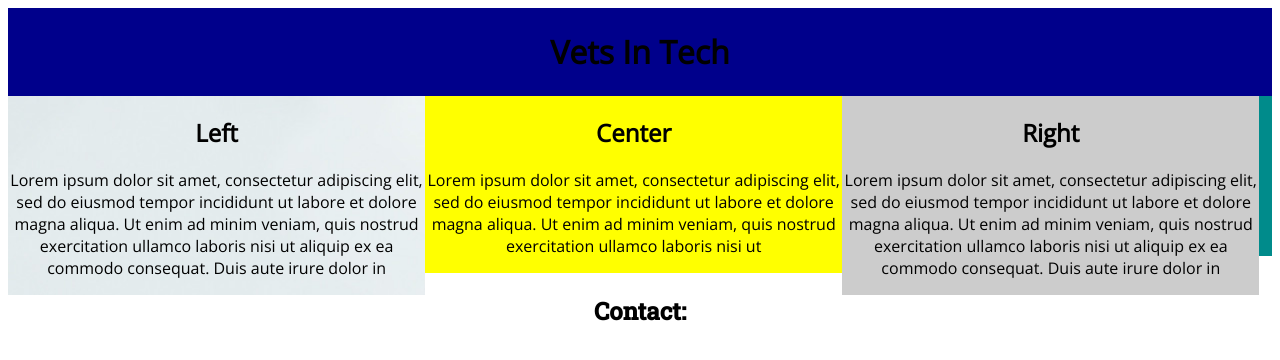
Repository: 3EyEdRav3n/10-2020-cohort-course
Page: week-1/Week-1 Assignment/index.html
The author's editor kept a copy of each file at every save. The page is drawn from the files as they stood at one save, then again after the next save.
The browser window is 1280 px wide. The pictures show the whole page.

Above is the page before, as saved 2020-11-01 20:58:12.

### week-1/Week-1 Assignment/index.html
<!DOCTYPE html>
<html lang="en">
  <head>
    <meta charset="UTF-8" />
    <meta name="viewport" content="width=device-width, initial-scale=1.0" />
    <link rel="stylesheet" href="./styles.css" />
    <link
      href="https://fonts.googleapis.com/css2?family=Open+Sans&display=swap"
      rel="stylesheet"
    />
    <link
      href="https://fonts.googleapis.com/css2?family=Open+Sans&family=Roboto+Slab:wght@500&display=swap"
      rel="stylesheet"
    />

    <title>VetTech</title>
  </head>
  <body>
    <div class="header">
      <h1>Vets In Tech</h1>
    </div>
    <div class="container">
      <div class="left-col">
        <h2>Left</h2>
        <p>
          Lorem ipsum dolor sit amet, consectetur adipiscing elit, sed do
          eiusmod tempor incididunt ut labore et dolore magna aliqua. Ut enim ad
          minim veniam, quis nostrud exercitation ullamco laboris nisi ut
          aliquip ex ea commodo consequat. Duis aute irure dolor in
        </p>
      </div>

      <div class="center-col">
        <h2>Center</h2>
        <p>
          Lorem ipsum dolor sit amet, consectetur adipiscing elit, sed do
          eiusmod tempor incididunt ut labore et dolore magna aliqua. Ut enim ad
          minim veniam, quis nostrud exercitation ullamco laboris nisi ut
        </p>
      </div>
      <div class="right-col">
        <h2>Right</h2>
        <p>
          Lorem ipsum dolor sit amet, consectetur adipiscing elit, sed do
          eiusmod tempor incididunt ut labore et dolore magna aliqua. Ut enim ad
          minim veniam, quis nostrud exercitation ullamco laboris nisi ut
          aliquip ex ea commodo consequat. Duis aute irure dolor in
        </p>
      </div>
    </div>
    <div class="footer">
      <h2>Contact:</h2>
    </div>
  </body>
</html>

### week-1/Week-1 Assignment/styles.css

.header{
        font-family: 'Roboto Slab', serif;
        background-color: darkblue;
        text-align: center;
        padding:1px;

}
.container{
        font-family: 'Open Sans', sans-serif;
}
.left-col{
        background-image: url("/images/lincoln.jpg");
        background-color: #cccccc;
        text-align: center;
        width: 33%;
        float: left;
}
.center-col{
        background-color: yellow;
        text-align: center;
        width: 33%;
        float: left;
}
.right-col{
        background-color: #cccccc;
        width: 33%;
        text-align: center;
        float: left;
}
.footer{
        font-family: 'Roboto Slab', serif;
        background-color: darkcyan;
        text-align: center;
        height: 10rem;
        padding-top: 10px;
        box-sizing: border-box;
}


h1 {
        font-family: 'Open Sans', sans-serif;
}

After the next save:
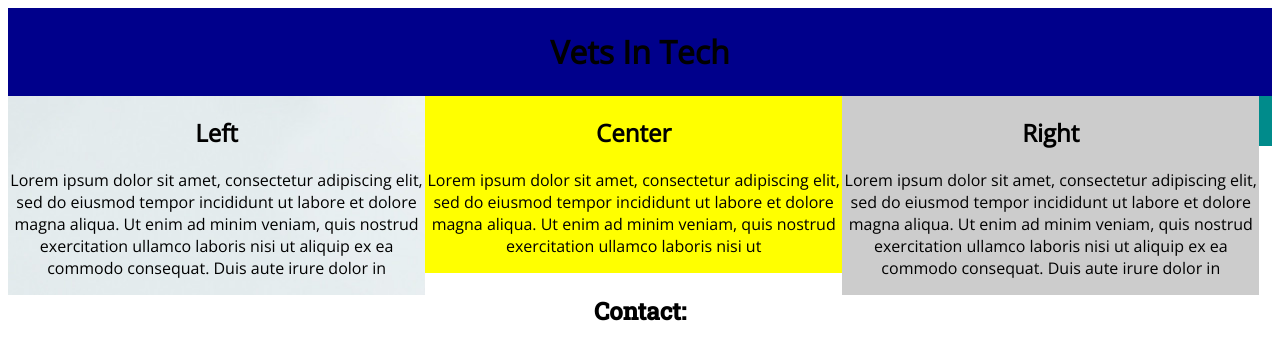
Saved 41 s later.
--- a/week-1/Week-1 Assignment/styles.css
+++ b/week-1/Week-1 Assignment/styles.css
@@ -32,7 +32,7 @@
         font-family: 'Roboto Slab', serif;
         background-color: darkcyan;
         text-align: center;
-        height: 10rem;
+        height: 50px;
         padding-top: 10px;
         box-sizing: border-box;
 }
